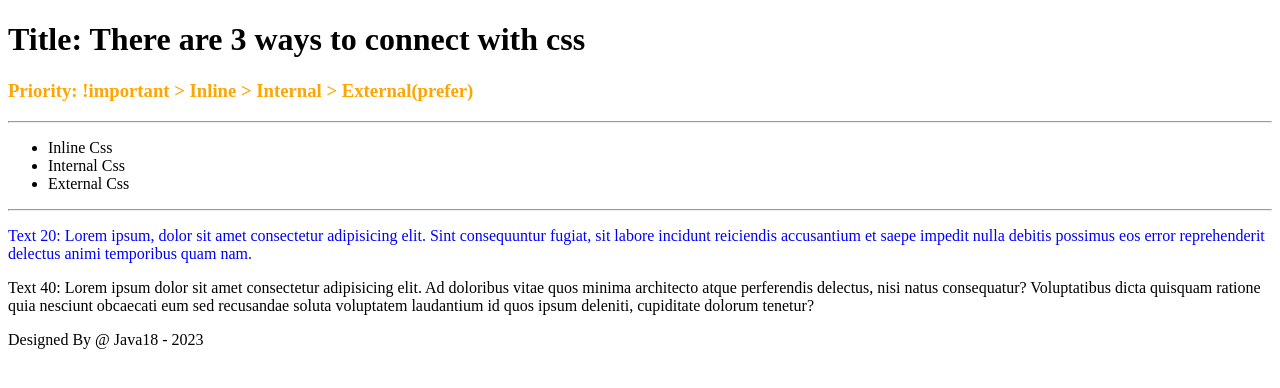
Repository: j4tdn/java18-repository
Page: 2. CSS3/ex02-css-selector-class-id.html
The author's editor kept a copy of each file at every save. The page is drawn from the files as they stood at one save, then again after the next save.
The browser window is 1280 px wide. The pictures show the whole page.

Above is the page before, as saved 2023-10-21 17:52:50.

### 2. CSS3/ex02-css-selector-class-id.html
<!DOCTYPE html>
<html lang="en">
  <head>
    <meta charset="UTF-8" />
    <meta name="viewport" content="width=device-width, initial-scale=1.0" />
    <title>Ex02 - Css Selector class id</title>
    <link rel="stylesheet" href="css/style-base.css" />
    <link rel="stylesheet" href="css/utils.css" />
  </head>
  <body>
    <!-- html comments -->
    <div id="page-header">
      <h1>Title: There are 3 ways to connect with css</h1>
      <h3 class="text-orange">
        Priority: !important > Inline > Internal > External(prefer)
      </h3>
    </div>

    <hr />

    <div id="page-main">
      <ul>
        <li>Inline Css</li>
        <li>Internal Css</li>
        <li>External Css</li>
      </ul>
      <hr />
      <p class="text-blue">
        Text 20: Lorem ipsum, dolor sit amet consectetur adipisicing elit. Sint
        consequuntur fugiat, sit labore incidunt reiciendis accusantium et saepe
        impedit nulla debitis possimus eos error reprehenderit delectus animi
        temporibus quam nam.
      </p>
      <p>
        Text 40: Lorem ipsum dolor sit amet consectetur adipisicing elit. Ad
        doloribus vitae quos minima architecto atque perferendis delectus, nisi
        natus consequatur? Voluptatibus dicta quisquam ratione quia nesciunt
        obcaecati eum sed recusandae soluta voluptatem laudantium id quos ipsum
        deleniti, cupiditate dolorum tenetur?
      </p>
    </div>
    <div id="page-footer">
      <p>Designed By @ Java18 - 2023</p>
    </div>
  </body>
</html>

### 2. CSS3/css/style-base.css
/* css selector class id */
/* Chỉ có thẻ p với class là text20 mới ăn */
/* p[class="text20"] {
  color: blue;
} */
/* p.text20 {
  color: blue;
} */
/* Tất cả tag với class là text20 */
/* .text20 {
  color: blue;
} */

### 2. CSS3/css/utils.css
.text-green {
  color: green;
}
.text-blue {
  color: blue;
}
.text-orange {
  color: orange;
}

After the next save:
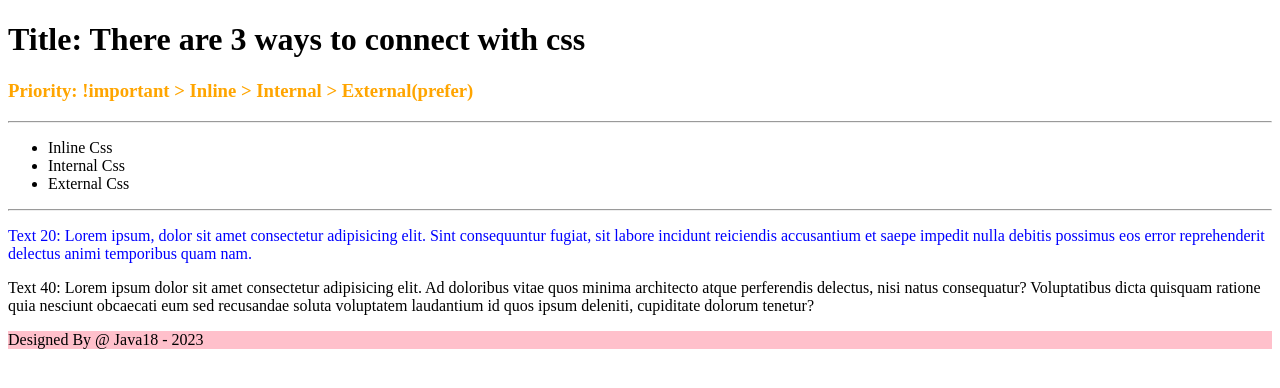
Saved 30 s later.
--- a/2. CSS3/css/style-base.css
+++ b/2. CSS3/css/style-base.css
@@ -1,4 +1,4 @@
-/* css selector class id */
+/* CSS SELECTOR CLASS ID */
 /* Chỉ có thẻ p với class là text20 mới ăn */
 /* p[class="text20"] {
   color: blue;
@@ -10,3 +10,7 @@
 /* .text20 {
   color: blue;
 } */
+
+#page-footer {
+  background-color: pink;
+}
